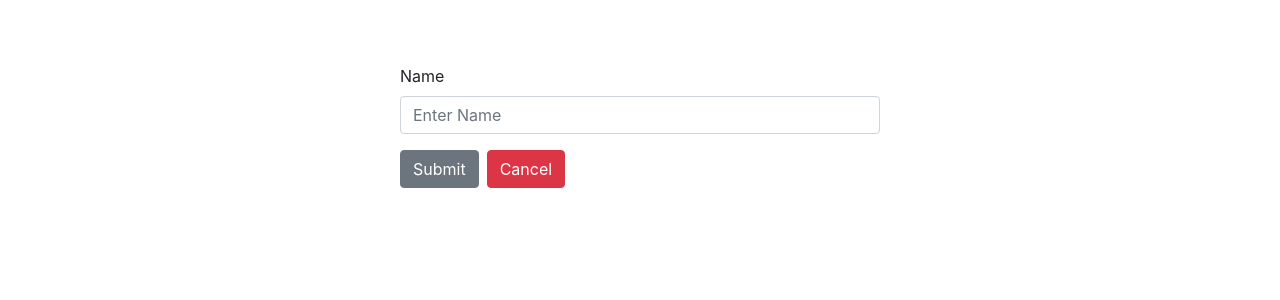
Repository: Abdaljawad-Aya/interview-task
Page: /add (app in javascriptArray/test/)
An editor plug-in stored every save of this project. The page is shown before and after the next save, followed by the edit.
The browser window is 1280 px wide. The pictures show the whole page.
Some web libraries are served in a nearby version. The project was rebuilt for these pictures with package versions that can differ from the ones it lists, and the page was loaded fresh each time. Also part of the build but not shown: javascriptArray/test/src/compnents/Heading.js, javascriptArray/test/src/compnents/UserList.js, javascriptArray/test/src/compnents/Home.js, javascriptArray/test/src/compnents/EditUser.js.

Above is the page before, as saved 2021-03-11 07:08:23.

### javascriptArray/test/public/index.html
<!DOCTYPE html>
<html lang="en">
  <head>
    <meta charset="utf-8" />
    <link rel="icon" href="%PUBLIC_URL%/favicon.ico" />
    <meta name="viewport" content="width=device-width, initial-scale=1" />
    <meta name="theme-color" content="#000000" />
    <meta
      name="description"
      content="Web site created using create-react-app"
    />
    <link rel="apple-touch-icon" href="%PUBLIC_URL%/logo192.png" />
    <!--
      manifest.json provides metadata used when your web app is installed on a
      user's mobile device or desktop. See https://developers.google.com/web/fundamentals/web-app-manifest/
    -->
    <link rel="manifest" href="%PUBLIC_URL%/manifest.json" />
    <!--
      Notice the use of %PUBLIC_URL% in the tags above.
      It will be replaced with the URL of the `public` folder during the build.
      Only files inside the `public` folder can be referenced from the HTML.

      Unlike "/favicon.ico" or "favicon.ico", "%PUBLIC_URL%/favicon.ico" will
      work correctly both with client-side routing and a non-root public URL.
      Learn how to configure a non-root public URL by running `npm run build`.
    -->

   <link rel="stylesheet" href="https://maxcdn.bootstrapcdn.com/bootstrap/4.0.0/css/bootstrap.min.css" integrity="sha384-Gn5384xqQ1aoWXA+058RXPxPg6fy4IWvTNh0E263XmFcJlSAwiGgFAW/dAiS6JXm" crossorigin="anonymous">
    <title>React App</title>
  </head>
  <body>
    <noscript>You need to enable JavaScript to run this app.</noscript>
    <div id="root"></div>
    <!--
      This HTML file is a template.
      If you open it directly in the browser, you will see an empty page.

      You can add webfonts, meta tags, or analytics to this file.
      The build step will place the bundled scripts into the <body> tag.

      To begin the development, run `npm start` or `yarn start`.
      To create a production bundle, use `npm run build` or `yarn build`.
    -->
      <script src="https://code.jquery.com/jquery-3.2.1.slim.min.js" integrity="sha384-KJ3o2DKtIkvYIK3UENzmM7KCkRr/rE9/Qpg6aAZGJwFDMVNA/GpGFF93hXpG5KkN" crossorigin="anonymous"></script>
    <script src="https://cdnjs.cloudflare.com/ajax/libs/popper.js/1.12.9/umd/popper.min.js" integrity="sha384-ApNbgh9B+Y1QKtv3Rn7W3mgPxhU9K/ScQsAP7hUibX39j7fakFPskvXusvfa0b4Q" crossorigin="anonymous"></script>
    <script src="https://maxcdn.bootstrapcdn.com/bootstrap/4.0.0/js/bootstrap.min.js" integrity="sha384-JZR6Spejh4U02d8jOt6vLEHfe/JQGiRRSQQxSfFWpi1MquVdAyjUar5+76PVCmYl" crossorigin="anonymous"></script>
  </body>
</html>

### javascriptArray/test/src/index.js
import React from 'react'
import ReactDOM from 'react-dom'
import App from './App'
// import { BrowserRouter as Router } from 'react-router-dom'

ReactDOM.render(
  <React.StrictMode>
    {/* <Router> */}
    <App />
    {/* </Router> */}
  </React.StrictMode>,
  document.getElementById('root'),
)

### javascriptArray/test/src/App.js
import React from 'react'
import { BrowserRouter as Router, Switch, Route } from 'react-router-dom'
import { Home } from './compnents/Home'
import { AddUser } from './compnents/AddUser'
import { EditUser } from './compnents/EditUser'
import { GlobalProvider } from './context/GlobalState'

import 'bootstrap/dist/css/bootstrap.min.css'

function App() {
  return (
    <div className="App">
      {/* style={{ maxWidth: '30rem', margin: '4rem auto' }} */}
      <GlobalProvider>
        <Router>
          <Switch>
            <Route
              path="/add"
              component={AddUser}
              class="navbar navbar-expand-lg navbar-dark bg-dark"
            />
            <Route path="/edit/:id" component={EditUser} />
            <Route exact path="/" component={Home} />
          </Switch>
        </Router>
      </GlobalProvider>
    </div>
  )
}

export default App

// <nav class="navbar navbar-expand-lg navbar-dark bg-dark">
//             <a class="navbar-brand" href="#">
//               React
//             </a>
//             <button
//               class="navbar-toggler"
//               type="button"
//               data-toggle="collapse"
//               data-target="#navbarNavAltMarkup"
//               aria-controls="navbarNavAltMarkup"
//               aria-expanded="false"
//               aria-label="Toggle navigation"
//             >
//               <span class="navbar-toggler-icon"></span>
//             </button>
//             <div class="collapse navbar-collapse" id="navbarNavAltMarkup">
//               <div class="navbar-nav">
//                 <a class="nav-item nav-link active" href="#">
//                   <span class="sr-only">(current)</span>
//                 </a>
//                 <a class="nav-link" href="#"></a>
//                 <a class="nav-link" href="#"></a>
//               </div>
//             </div>
//           </nav>

### javascriptArray/test/src/compnents/AddUser.js
import React, { useContext, useState } from 'react'
import { GlobalContext } from '../context/GlobalState'
import { Link, useHistory } from 'react-router-dom'
import { Form, FormGroup, Label, Input, Button } from 'reactstrap'
import { v4 as uuid } from 'uuid'
export const AddUser = () => {
  const [name, setName] = useState('')
  const { addUser } = useContext(GlobalContext)
  const history = useHistory()

  const onSubmit = () => {
    const newUser = {
      id: uuid(),
      name,
    }
    addUser(newUser)
    history.push('/')
  }

  const onChange = (e) => {
    setName(e.target.value)
  }
  return (
    <Form
      onSubmit={onSubmit}
      style={{ maxWidth: '30rem', margin: '4rem auto' }}
    >
      <FormGroup>
        <Label>Name</Label>
        <Input
          type="text"
          value={name}
          onChange={onChange}
          placeholder="Enter Name"
        ></Input>
      </FormGroup>
      <Button type="submit">Submit</Button>
      <Link to="/" className="btn btn-danger ml-2">
        Cancel
      </Link>
    </Form>
  )
}

### javascriptArray/test/src/context/GlobalState.js
import React, { createContext, useReducer } from 'react'
import AppReducer from './AppReducer'

//  initial state
const initialState = {
  users: [
    { id: 1, name: 'User One' },
    { id: 2, name: 'User Two' },
    { id: 3, name: 'User Three' },
  ],
}

// Create Context
export const GlobalContext = createContext(initialState)

// Provider Component
export const GlobalProvider = ({ children }) => {
  const [state, dispatch] = useReducer(AppReducer, initialState)

  //  Actions

  const removeUser = (id) => {
    dispatch({
      type: 'REMOVE_USER',
      payload: id,
    })
  }

  const editUser = (user) => {
    dispatch({
      type: 'EDIT_USER',
      payload: user,
    })
  }

  // eslint-disable-next-line no-unused-vars
  const addUser = (user) => {
    dispatch({
      type: 'ADD_USER',
      payload: user,
    })
  }
  return (
    <GlobalContext.Provider
      value={{
        users: state.users,
        removeUser,
        addUser,
        editUser,
      }}
    >
      {children}
    </GlobalContext.Provider>
  )
}

### javascriptArray/test/src/context/AppReducer.js
/* eslint-disable import/no-anonymous-default-export */
export default (state, action) => {
  switch (action.type) {
    case 'REMOVE_USER':
      return {
        users: state.users.filter((user) => {
          return user.id !== action.payload
        }),
      }

    case 'ADD_USER':
      return {
        users: [action.payload, ...state.users],
      }

    case 'EDIT_USER':
      const updatedUser = action.payload

      const updateUsers = state.user.map((user) => {
        if (user.id === updatedUser.id) {
          return updatedUser
        }
        return user
      })
      return {
        users: updateUsers,
      }
    default:
      return state
  }
}

After the next save:
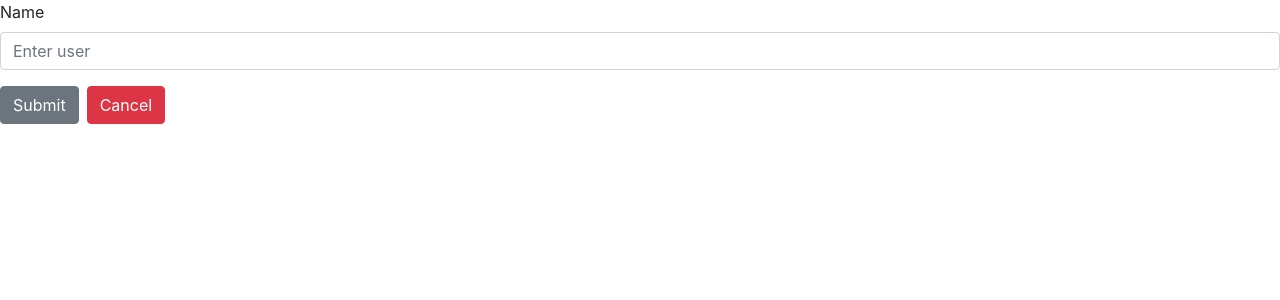
Saved 4 min 53 s later.
--- a/javascriptArray/test/src/compnents/AddUser.js
+++ b/javascriptArray/test/src/compnents/AddUser.js
@@ -1,14 +1,16 @@
-import React, { useContext, useState } from 'react'
+import React, { useState, useContext } from 'react'
 import { GlobalContext } from '../context/GlobalState'
+import { v4 as uuid } from 'uuid'
 import { Link, useHistory } from 'react-router-dom'
 import { Form, FormGroup, Label, Input, Button } from 'reactstrap'
-import { v4 as uuid } from 'uuid'
+
 export const AddUser = () => {
   const [name, setName] = useState('')
   const { addUser } = useContext(GlobalContext)
   const history = useHistory()
 
-  const onSubmit = () => {
+  const onSubmit = (e) => {
+    e.preventDefault()
     const newUser = {
       id: uuid(),
       name,
@@ -20,18 +22,18 @@
   const onChange = (e) => {
     setName(e.target.value)
   }
+
   return (
-    <Form
-      onSubmit={onSubmit}
-      style={{ maxWidth: '30rem', margin: '4rem auto' }}
-    >
+    <Form onSubmit={onSubmit}>
       <FormGroup>
         <Label>Name</Label>
         <Input
           type="text"
           value={name}
           onChange={onChange}
-          placeholder="Enter Name"
+          name="name"
+          placeholder="Enter user"
+          required
         ></Input>
       </FormGroup>
       <Button type="submit">Submit</Button>

After the save that followed:
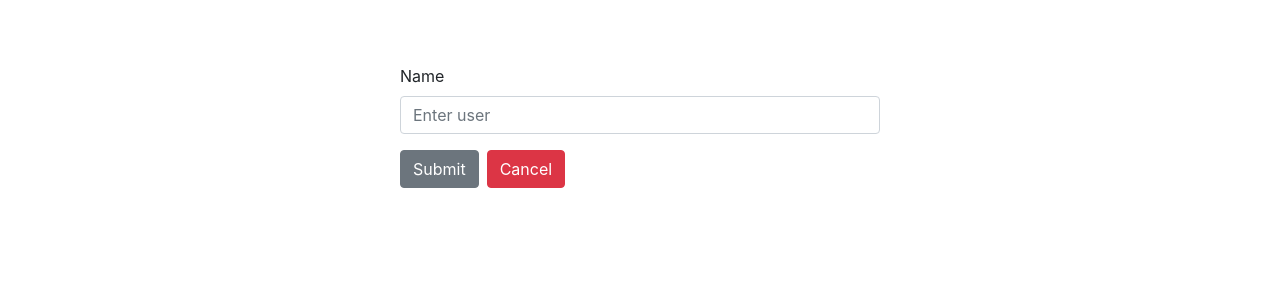
Saved 6 s later.
--- a/javascriptArray/test/src/compnents/AddUser.js
+++ b/javascriptArray/test/src/compnents/AddUser.js
@@ -24,7 +24,10 @@
   }
 
   return (
-    <Form onSubmit={onSubmit}>
+    <Form
+      onSubmit={onSubmit}
+      style={{ maxWidth: '30rem', margin: '4rem auto' }}
+    >
       <FormGroup>
         <Label>Name</Label>
         <Input
